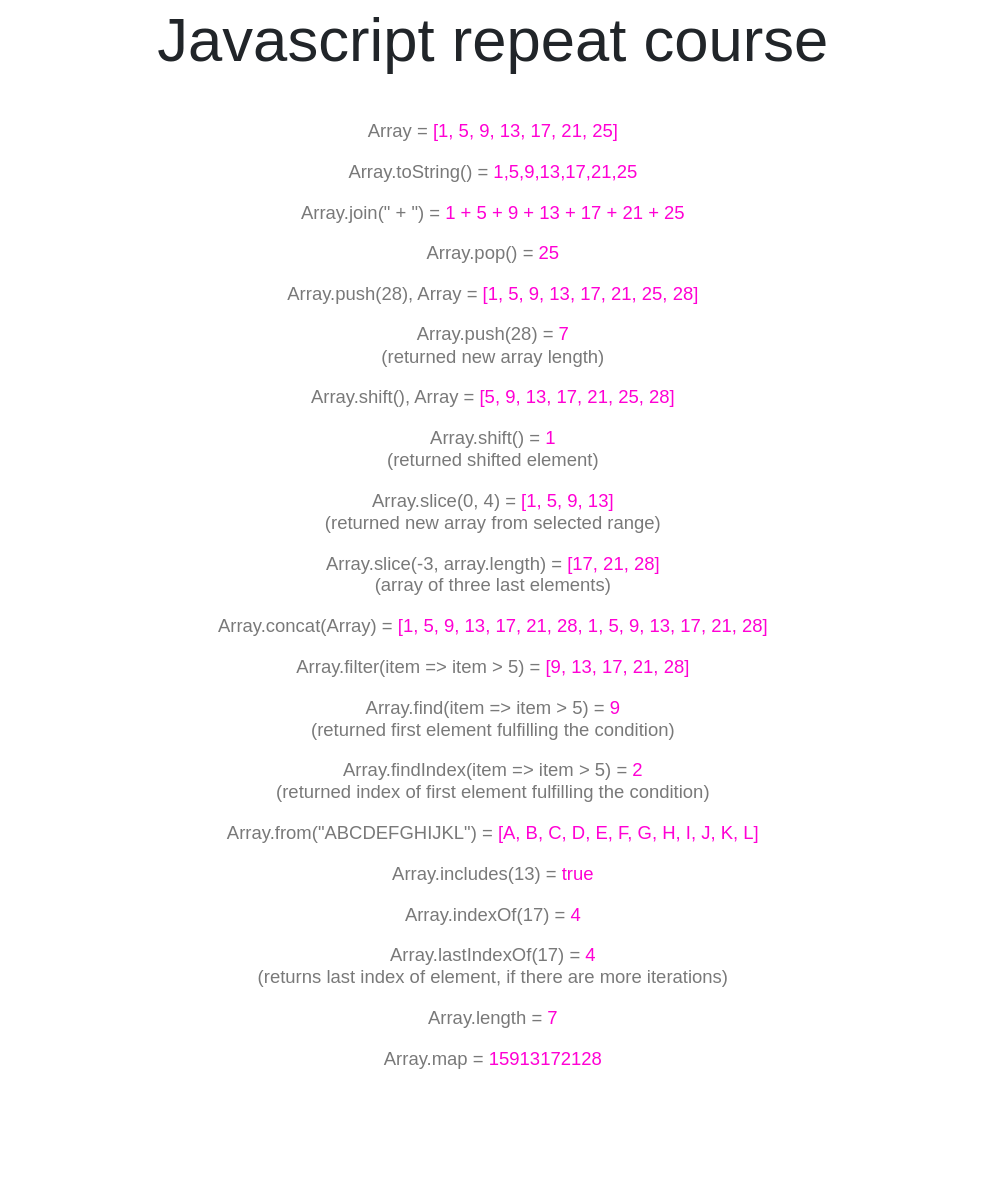
Repository: michalgornicki/javascript
Page: /
These files come from the project's save history. The page is drawn as it stood at one moment and after the next save; the edit follows.
The browser window is 1280 px wide. The pictures show the whole page, at 77% of full size.
The project was rebuilt for these pictures with package versions that can differ from the ones it lists, and the page was loaded fresh each time. Also part of the build but not shown: src/index.css.

Above is the page before, as saved 2022-01-31 13:30:54.

After the next save:
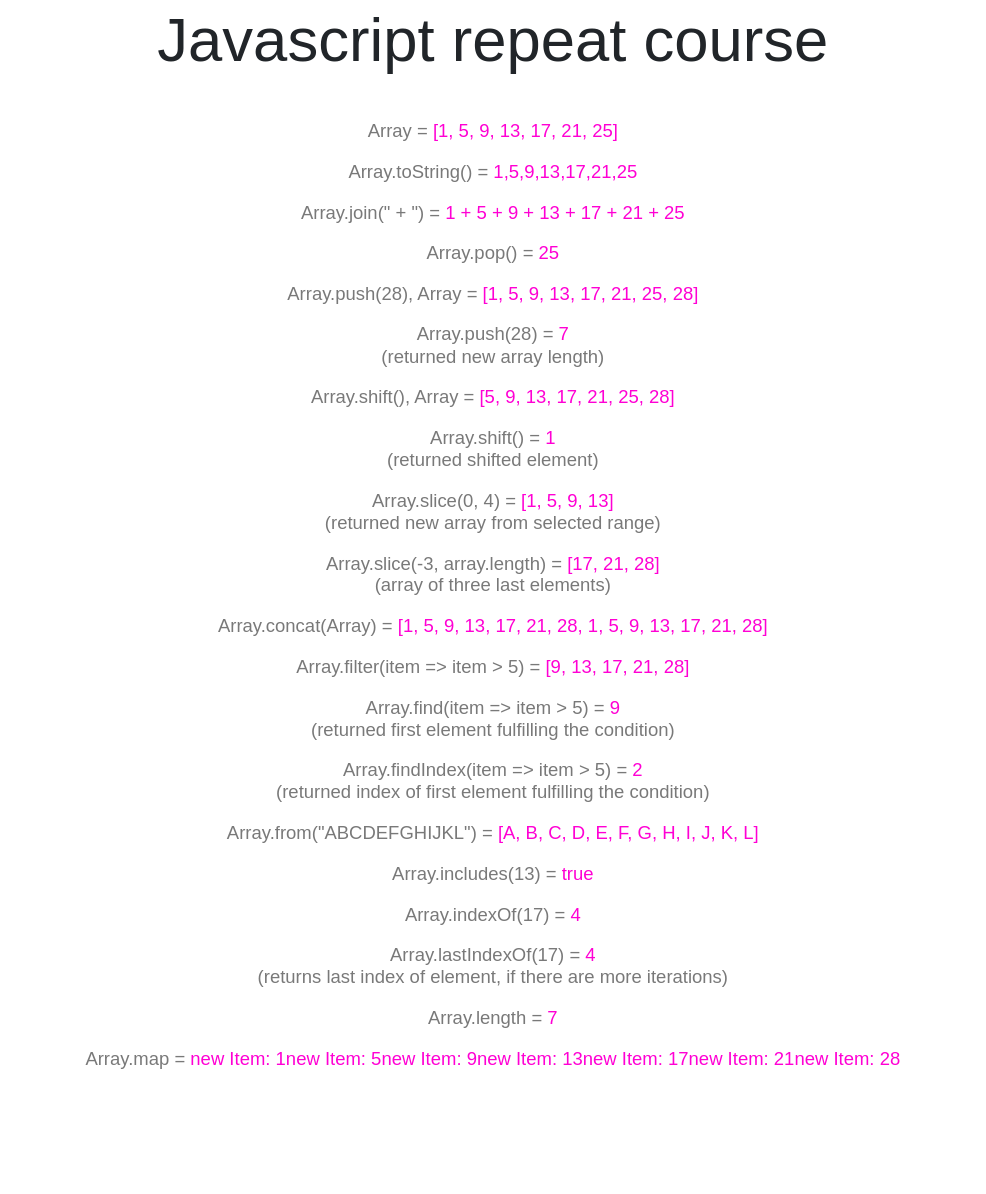
Saved 9 s later.
--- a/src/App.jsx
+++ b/src/App.jsx
@@ -116,7 +116,7 @@ function App() {
         <span className="">
          Array.map =
         </span>
-        <span className="text-pink"> { array.map((item => <span>{item}</span>  )) } </span>
+        <span className="text-pink"> { array.map((item => <span>new Item: {item}</span>  )) } </span>
       </div>
 
 
